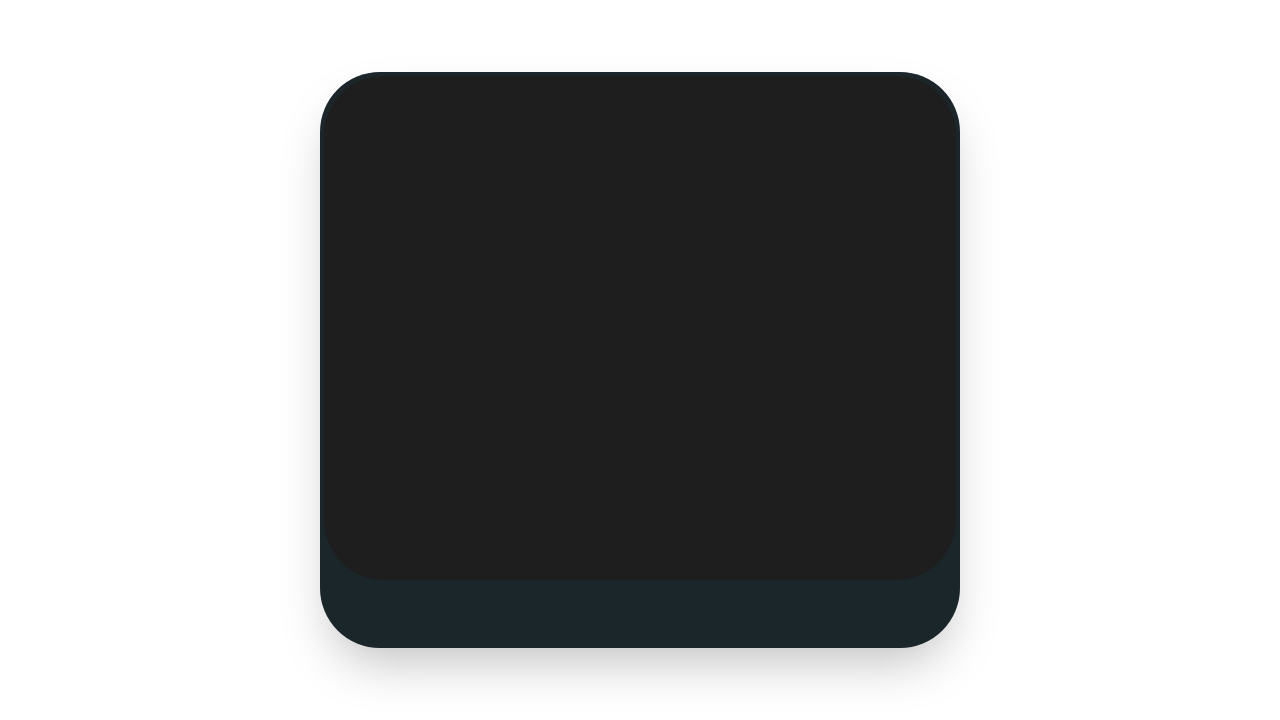
Repository: yezhonghu0503/chatgpt-vue-lac
Page: /
These files come from the project's save history. The page is drawn as it stood at one moment and after the next save; the edit follows.
The browser window is 1280 px wide. The pictures show the whole page.
The project was rebuilt for these pictures with package versions that can differ from the ones it lists, and the page was loaded fresh each time. Also part of the build but not shown: vite.config.ts.

Above is the page before, as saved 2023-05-17 19:09:09.

### src/style.css
@tailwind base;
@tailwind components;
@tailwind utilities;

:root {
  font-family: Inter, system-ui, Avenir, Helvetica, Arial, sans-serif;
  line-height: 1.5;
  font-weight: 400;

  color-scheme: light dark;
  color: rgba(255, 255, 255, 0.87);
  /* background-color: #242424; */
  background-color: rgb(21, 21, 21);

  font-synthesis: none;
  text-rendering: optimizeLegibility;
  -webkit-font-smoothing: antialiased;
  -moz-osx-font-smoothing: grayscale;
  -webkit-text-size-adjust: 100%;
}

a {
  font-weight: 500;
  color: #646cff;
  text-decoration: inherit;
}

a:hover {
  color: #535bf2;
}

body {
  margin: 0;
  display: flex;
  place-items: center;
  min-width: 320px;
  min-height: 100vh;
}

h1 {
  font-size: 3.2em;
  line-height: 1.1;
}

button {
  border-radius: 8px;
  border: 1px solid transparent;
  padding: 0.6em 1.2em;
  font-size: 1em;
  font-weight: 500;
  font-family: inherit;
  background-color: #1a1a1a;
  cursor: pointer;
  transition: border-color 0.25s;
}

button:hover {
  border-color: #646cff;
}

button:focus,
button:focus-visible {
  outline: 4px auto -webkit-focus-ring-color;
}

.card {
  padding: 2em;
}

#app {
  max-width: 1280px;
  margin: 0 auto;
  padding: 2rem;
  text-align: center;
}

@media (prefers-color-scheme: light) {
  :root {
    color: #213547;
    background-color: #ffffff;
  }

  a:hover {
    color: #747bff;
  }

  button {
    background-color: #f9f9f9;
  }
}

### src/App.vue
<script setup lang="ts">
import chat from './pages/chat.vue';
</script>

<template>
  <chat />
</template>

<style scoped></style>

### src/pages/chat.vue
<template>
    <div class="w-[50vw] h-[80vh] bg-rg-chat-border rounded-[60px] flex justify-center p-1 shadow-2xl">
        <div class="w-[50vw] h-[70vh] bg-rg-chat rounded-[60px]"></div>
    </div>
</template>
<script lang="ts" setup>

</script>
<style lang="less" scoped></style>

### tailwind.config.js
/** @type {import('tailwindcss').Config} */
export default {
  content: [
    "./index.html",
    "./src/**/*.{vue,js,ts,jsx,tsx}",
  ],
  theme: {
    extend: {
      colors: {
        'rg-chat': 'rgb(30,30,30)',
        'rg-chat-border': 'rgb(27,38,42)'
      }
    }
  },
  plugins: [],
}

Loaded but not shown: index.html (common file); src/main.ts (common file)

After the next save:
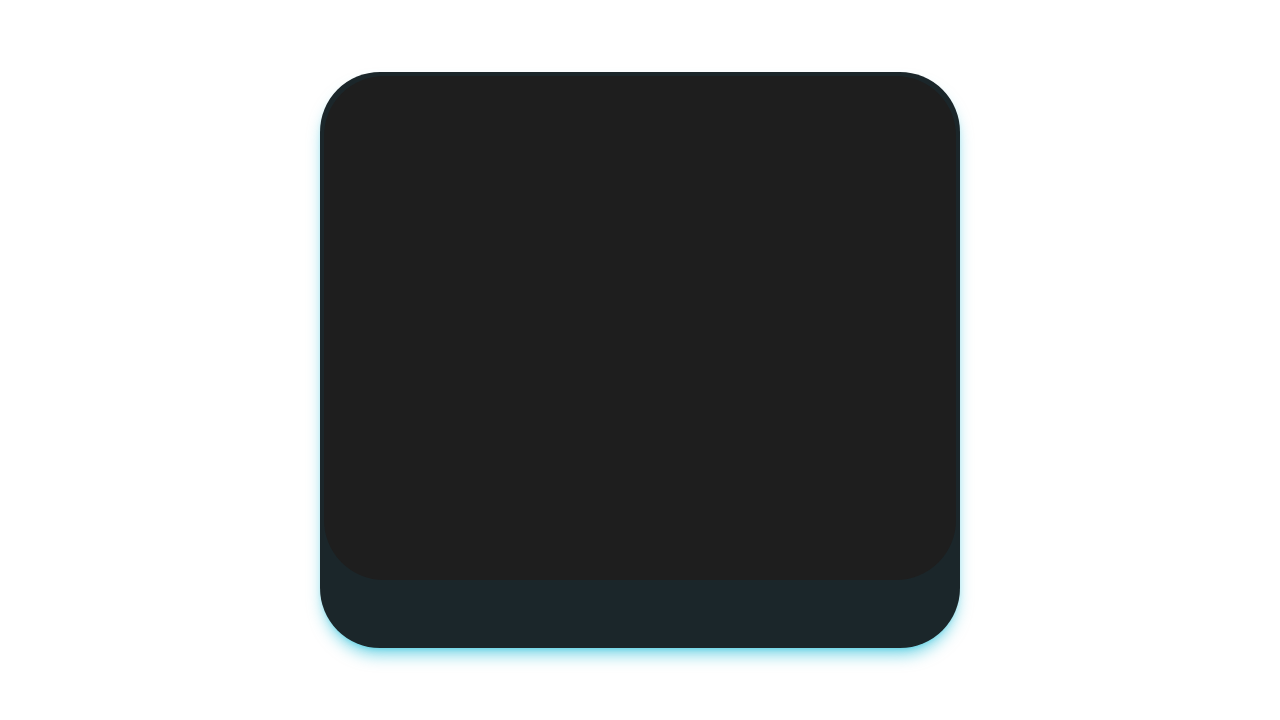
Saved 32 s later.
--- a/src/pages/chat.vue
+++ b/src/pages/chat.vue
@@ -1,5 +1,5 @@
 <template>
-    <div class="w-[50vw] h-[80vh] bg-rg-chat-border rounded-[60px] flex justify-center p-1 shadow-2xl">
+    <div class="w-[50vw] h-[80vh] bg-rg-chat-border rounded-[60px] flex justify-center p-1 shadow-lg shadow-cyan-500/50">
         <div class="w-[50vw] h-[70vh] bg-rg-chat rounded-[60px]"></div>
     </div>
 </template>
